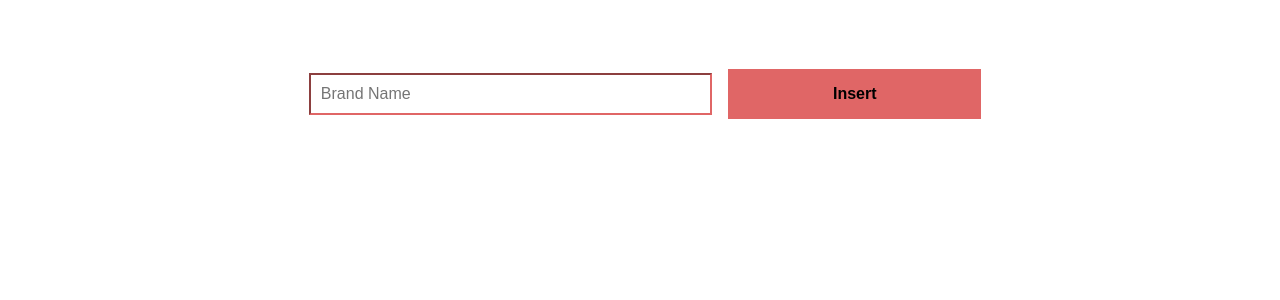
Repository: developerks611/Bumble-bee
Page: http://localhost/Bumble/add-brand.jsp
An editor plug-in stored every save of this project. The page is shown before and after the next save, followed by the edit.
The browser window is 1280 px wide. The pictures show the whole page.
The page is served by Tomcat 9.

Above is the page before, as saved 2023-02-28 05:44:59.

After the next save:
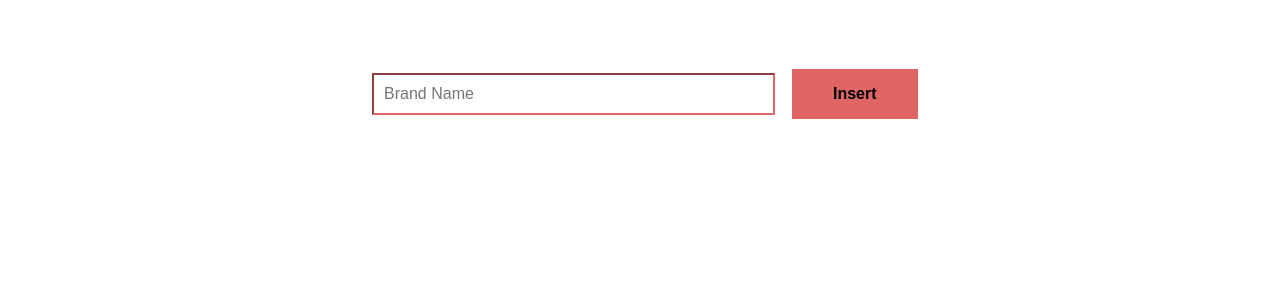
Saved 15 s later.
--- a/Bumble/src/main/webapp/add-brand.jsp
+++ b/Bumble/src/main/webapp/add-brand.jsp
@@ -21,7 +21,7 @@
 	background-color:#e06666;
 	outline: none;
     border: none;
-    width:20%;
+    width:10%;
     height:50px;;
     font-size:100%;
     padding:5px;
